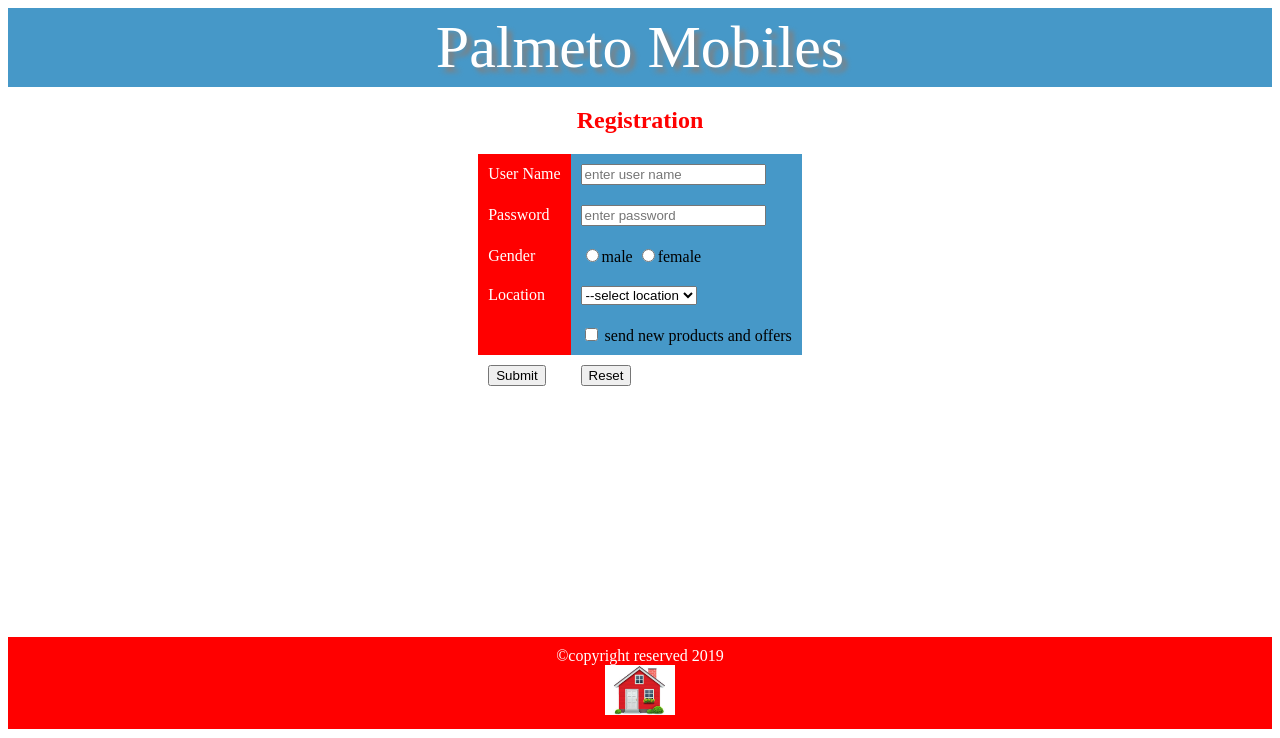
Repository: abhishekj720/HSBCLearn
Page: gagan/JEE/HtmlCssDemo/WebContent/registration.html
The author's editor kept a copy of each file at every save. The page is drawn from the files as they stood at one save, then again after the next save.
The browser window is 1280 px wide. The pictures show the whole page.

Above is the page before, as saved 2019-07-29 10:17:31.

After the next save:
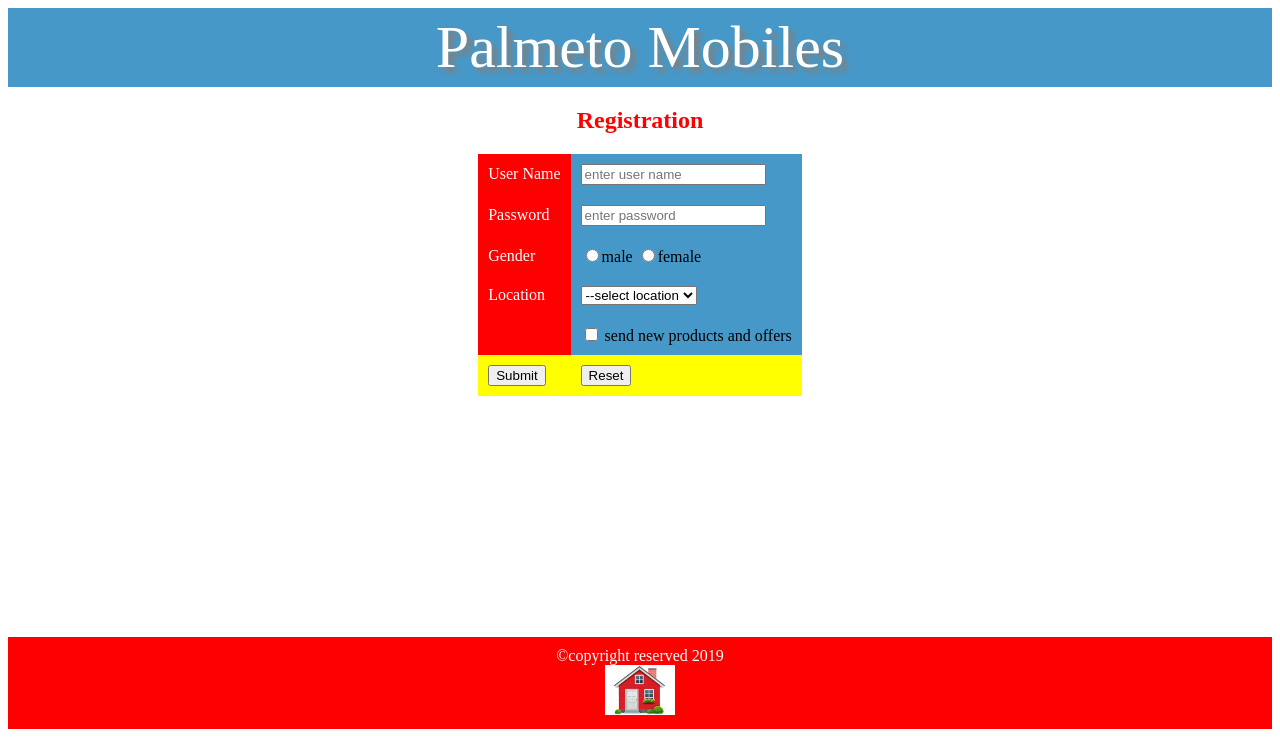
Saved 45 s later.
--- a/gagan/JEE/HtmlCssDemo/WebContent/registration.html
+++ b/gagan/JEE/HtmlCssDemo/WebContent/registration.html
@@ -56,7 +56,7 @@
 	</td>
 	</tr>
 
-	<tr>
+	<tr style= "background-color: yellow">
 	<td><input type = "submit"/></td>
 	<td><input type="reset"/></td>
 	</tr>
